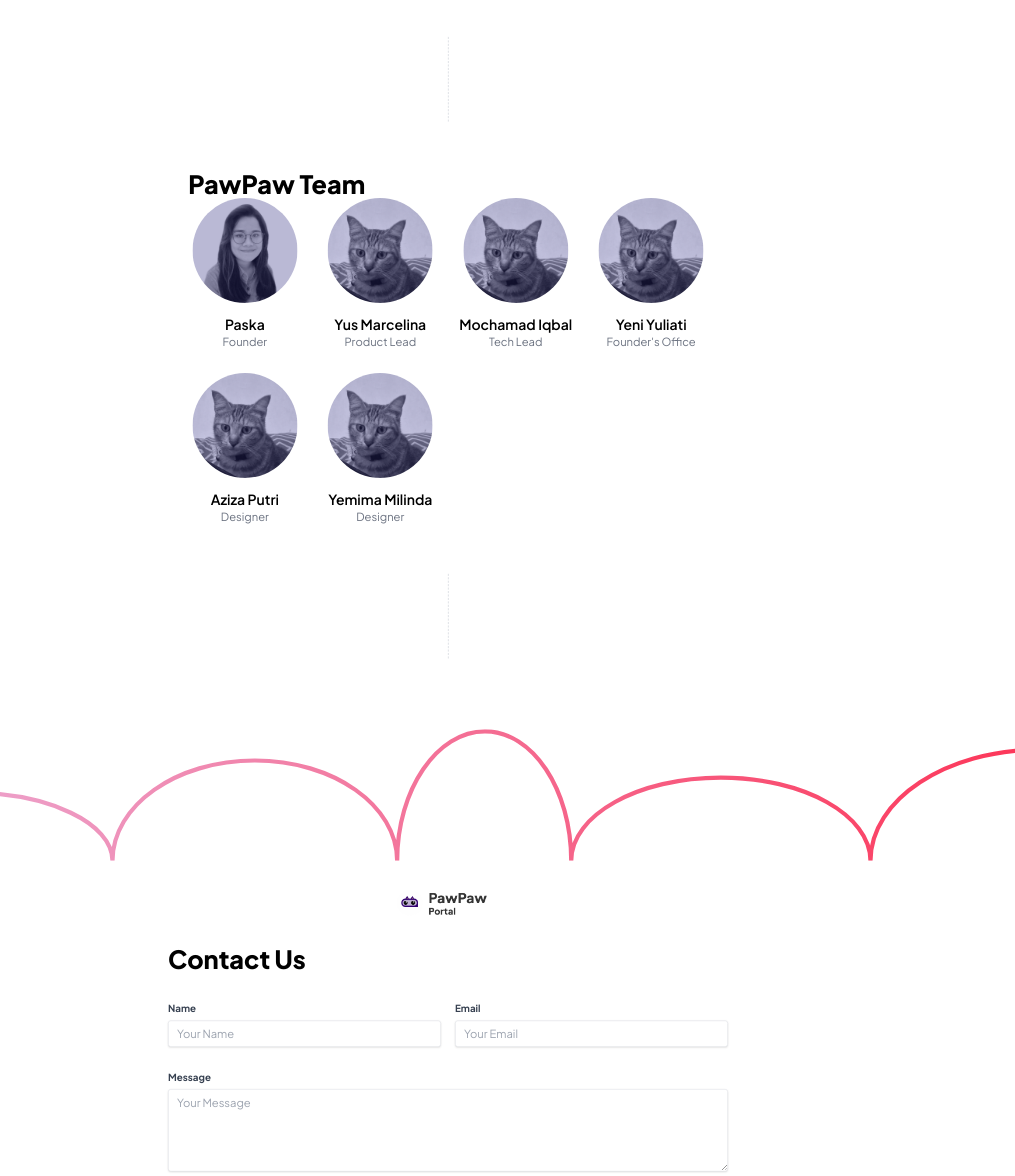
Repository: paskasiregar/pawpawwebsite
Page: /
The author's editor kept a copy of each file at every save. The page is drawn from the files as they stood at one save, then again after the next save.
The browser window is 1280 px wide. The page is 1450 px wide, so the pictures cover 1450 px, including what lies to the right of the window. The pictures show the part of the page from y = 1524 to 3204 px (the page is 3960 px tall before and 3992 px after), at 70% of full size.
The project was rebuilt for these pictures with package versions that can differ from the ones it lists, and the page was loaded fresh each time. The framework's server and built-in components were replaced by stand-ins that run in the browser. Also part of the build but not shown: next.config.js, next.config.mjs.

Above is the page before, as saved 2024-09-06 11:34:55.

### src/app/layout.js
import { Inter } from "next/font/google";
import "./globals.css";

const inter = Inter({ subsets: ["latin"] });

export const metadata = {
  title: "PawPaw Portal | Your One-Stop Shelter",
  description: "Your One-Stop Shelter",
};

export default function RootLayout({ children }) {
  return (
    <html lang="en">
      <meta
        name="google-adsense-account"
        content="ca-pub-4770655134097556"
      ></meta>
      <body className={inter.className}>{children}</body>
    </html>
  );
}

### src/app/page.js
import { Contact } from "@/components/contact";
import { Divider } from "@/components/divider";
import { Footer } from "@/components/footer";
import { Header } from "@/components/header";
import CTA from "@/components/CTA";
import Hero from "@/components/hero";
import PrimaryButton from "@/components/primaryButton";
import SecButton from "@/components/secButton";
import Image from "next/image";
import bannerImage from "../assets/banner.png";
import logoHeaderImage from "../assets/banner-10.png";
import Link from "next/link";
import Head from "next/head";
import piupiu from "../assets/piupiu.png";
import paska from "../assets/paska.png";
import iqbal from "../assets/iqbal.png";

export default async function Home() {
  return (
    <div className="w-full font-plus-jakarta m-auto flex min-h-screen flex-col items-center justify-between">
      <Head>
        <script
          async
          src="https://pagead2.googlesyndication.com/pagead/js/adsbygoogle.js?client=ca-pub-4770655134097556"
          crossorigin="anonymous"
        ></script>
      </Head>
      <section className="w-full">
        <div className="centeredcontainer main-container">
          <Header />
        </div>
        <main className="main-container">
          <Hero />
          <Divider />
          <div className="self-stretch bg-white flex flex-col md:flex-row">
            <div className="flex-1 relative h-48 md:h-[489px] z-[0] flex items-center justify-center">
              <Image
                className="w-[80%] h-auto object-cover"
                alt="banner"
                src={bannerImage}
                width={200}
                height={200}
              />
            </div>

            {/* How it works */}
            <div
              id="how-it-works"
              className="flex-1 flex flex-col items-center md:items-start justify-center gap-4 z-[1] p-4 md:p-8"
            >
              <div className="space-y-4">
                <div className="flex justify-center md:justify-start">
                  <svg
                    width="130"
                    height="77"
                    viewBox="0 0 130 77"
                    fill="none"
                    xmlns="http://www.w3.org/2000/svg"
                  >
                    <path
                      d="M2.04016 48.038C39.1938 19.0059 75.4362 75.5193 75.4362 75.5193C58.6481 44.4597 70.5515 14.7701 105.05 54.8444C105.05 54.8444 88.8644 34.0647 127.885 2.52962"
                      stroke="url(#paint0_linear_545_35744)"
                      strokeWidth="4.42591"
                      strokeMiterlimit="10"
                      strokeLinejoin="bevel"
                    />
                    <defs>
                      <linearGradient
                        id="paint0_linear_545_35744"
                        x1="19.971"
                        y1="73.8863"
                        x2="126.116"
                        y2="-0.218346"
                        gradientUnits="userSpaceOnUse"
                      >
                        <stop offset="0.2868" stopColor="#E9404C" />
                        <stop offset="0.2967" stopColor="#EA475C" />
                        <stop offset="0.3252" stopColor="#EB5B85" />
                        <stop offset="0.3554" stopColor="#EB6CA8" />
                        <stop offset="0.3871" stopColor="#EC79C5" />
                        <stop offset="0.4209" stopColor="#EC84DB" />
                        <stop offset="0.4577" stopColor="#ED8BEB" />
                        <stop offset="0.4998" stopColor="#ED90F4" />
                        <stop offset="0.5589" stopColor="#ED91F7" />
                      </linearGradient>
                    </defs>
                  </svg>
                </div>
                <div className="hidden md:flex items-center justify-center">
                  <Image
                    className="w-36 h-10 object-cover"
                    alt="Logo"
                    src={logoHeaderImage}
                    width={120}
                    height={20}
                  />
                </div>
                <div className="flex flex-col items-center md:items-start">
                  <div className="relative font-extrabold text-2xl md:text-4xl text-center md:text-left">
                    How PawPaw Portal Works
                  </div>
                </div>
                <div className="self-stretch flex flex-col md:flex-row items-center md:items-start justify-start text-lg md:text-xl text-gray-500">
                  <div className="flex-1 flex flex-col items-center md:items-start justify-start">
                    <div className="self-stretch">
                      <p className="m-0 text-center md:text-left">
                        Every video you watch on our app can help animals in
                        need. Fun, isn&apos;t it?
                      </p>
                      <p className="m-2"></p>
                      <p className="m-0 text-center md:text-left">
                        Join us at PawPaw Portal, where animal lovers and
                        shelters meet. Let&apos;s make a difference together!
                      </p>
                    </div>
                  </div>
                </div>
                <div className="flex flex-col md:flex-row gap-2">
                  <PrimaryButton href="https://game.pawpawportal.com">
                    Play Now
                  </PrimaryButton>
                  <Link
                    href="#about-us"
                    className="flex flex-col md:flex-row gap-2"
                  >
                    <SecButton>About Us</SecButton>
                  </Link>
                </div>
              </div>
            </div>
          </div>

          {/* Team */}
          <Divider />
          <div className="self-stretch bg-white flex flex-col md:flex-row">
            <div
              id="team"
              className="flex-1 flex flex-col items-center md:items-center justify-center gap-4 z-[1] p-4 md:p-8"
            >
              <div className="space-y-4">
                <div className="flex flex-col items-center md:items-start">
                  <div className="relative font-extrabold text-2xl md:text-4xl text-center">
                    PawPaw Team
                  </div>
                  <div className="grid grid-cols-1 md:grid-cols-2 lg:grid-cols-4 gap-6 md:gap-8">
                    {/* Paska */}
                    <div className="flex flex-col items-center">
                      <Image
                        className="rounded-full"
                        alt="Paska"
                        src={paska}
                        width={150}
                        height={150}
                      />
                      <div className="text-xl font-semibold mt-4">Paska</div>
                      <div className="text-gray-500">Founder</div>
                    </div>

                    {/* Kak Yus */}
                    <div className="flex flex-col items-center">
                      <Image
                        className="rounded-full"
                        alt="Yus"
                        src={piupiu}
                        width={150}
                        height={150}
                      />
                      <div className="text-xl font-semibold mt-4">
                        Yus Marcelina
                      </div>
                      <div className="text-gray-500">Product Lead</div>
                    </div>

                    {/* Mas Iqbal */}
                    <div className="flex flex-col items-center">
                      <Image
                        className="rounded-full"
                        alt="Iqbal"
                        src={piupiu}
                        width={150}
                        height={150}
                      />
                      <div className="text-xl font-semibold mt-4">
                        Mochamad Iqbal
                      </div>
                      <div className="text-gray-500">Tech Lead</div>
                    </div>

                    {/* Julie */}
                    <div className="flex flex-col items-center">
                      <Image
                        className="rounded-full"
                        alt="Yeni Yuliati"
                        src={piupiu}
                        width={150}
                        height={150}
                      />
                      <div className="text-xl font-semibold mt-4">
                        Yeni Yuliati
                      </div>
                      <div className="text-gray-500">Founder's Office</div>
                    </div>

                    {/* Aziza */}
                    <div className="flex flex-col items-center">
                      <Image
                        className="rounded-full"
                        alt="Aziza Putri"
                        src={piupiu}
                        width={150}
                        height={150}
                      />
                      <div className="text-xl font-semibold mt-4">
                        Aziza Putri
                      </div>
                      <div className="text-gray-500">Designer</div>
                    </div>

                    {/* Yemima */}
                    <div className="flex flex-col items-center">
                      <Image
                        className="rounded-full"
                        alt="Yemima Milinda"
                        src={piupiu}
                        width={150}
                        height={150}
                      />
                      <div className="text-xl font-semibold mt-4">
                        Yemima Milinda
                      </div>
                      <div className="text-gray-500">Designer</div>
                    </div>
                  </div>
                </div>
              </div>
            </div>
          </div>

          <Divider />
          <Contact />
        </main>
        <div className="w-full">
          <div>
            <CTA />
          </div>
          <div id="about-us">
            <Footer />
          </div>
        </div>
      </section>
    </div>
  );
}

### src/app/globals.css
@import url("https://fonts.googleapis.com/css2?family=Plus+Jakarta+Sans:wght@400;600;700;800&display=swap");

@tailwind base;
@tailwind components;
@tailwind utilities;

body {
  font-family: "Plus Jakarta Sans", sans-serif;
}

p,
ul {
  color: gray;
  margin-bottom: 2px;
}

section {
  margin-bottom: 8px;
}

.hero-bg {
  display: flex;
  background: radial-gradient(circle,
      rgb(204, 188, 230) 10%,
      rgb(255, 255, 255) 50%);
}

.cta-container {
  display: flex;
  justify-content: center;
  align-items: center;
  position: relative;
  background: radial-gradient(circle, rgb(14, 4, 4) 0%, rgb(14, 1, 51) 100%);
  padding: 20px;
  gap: 20px;
  min-height: 200px;
}

.cta-button {
  display: inline-block;
  padding: 20px 40px;
  font-size: 24px;
  font-weight: bold;
  color: white;
  background: black;
  border-radius: 40px;
  position: relative;
  z-index: 1;
  overflow: hidden;
  transition: all 0.3s ease;
  text-align: center;
}

.cta-button::before {
  content: "";
  position: absolute;
  top: -2px;
  left: -2px;
  right: -2px;
  bottom: -2px;
  background: linear-gradient(90deg,
      rgb(255, 244, 97) 0%,
      rgb(187, 61, 255) 50%,
      rgb(142, 23, 23) 100%);
  z-index: -1;
  border-radius: inherit;
}

.cta-button::after {
  content: "";
  position: absolute;
  top: 2px;
  left: 2px;
  right: 2px;
  bottom: 2px;
  background: black;
  z-index: -1;
  border-radius: inherit;
}

.cta-button:hover {
  color: rgb(237, 246, 133);
  background: white;
}

.footer-bg {
  background: radial-gradient(circle, rgb(14, 4, 4) 0%, rgb(14, 1, 51) 100%);
  color: white;
  text-align: center;
  padding: 20px;
}

.centeredcontainer {
  width: 100vw;
  height: auto;
}

.main-container {
  width: 100%;
  max-width: 1200px;
  margin: 0 auto;
  padding: 0;
}

.header-content {
  display: flex;
  flex-direction: row;
  align-items: center;
  justify-content: space-between;
}

.header-logo-button {
  display: flex;
  flex-direction: row;
  align-items: center;
  gap: 16px;
  /* Adjust spacing as needed */
}

html {
  scroll-behavior: smooth;
}

### src/components/contact.jsx
import React from "react";
import PrimaryButton from "@/components/primaryButton";
import NameInput from "./nameInput";
import EmailInput from "./emailInput";
import MessageInput from "./mesageInput";
import Image from "next/image";
import logoHeaderImage from "../assets/banner-10.png";

export const Contact = () => {
  return (
    <div className="font-plus-jakarta flex flex-col items-center justify-center py-16 px-4 md:px-[200px] gap-[40px] text-29xl">
      <div className="flex justify-start items-start">
        <svg
          width="1620"
          height="188"
          viewBox="0 0 1620 188"
          fill="none"
          xmlns="http://www.w3.org/2000/svg"
        >
          <path
            d="M1891 188C1891 100.375 1784.67 29.342 1653.5 29.342C1522.34 29.342 1413.53 100.375 1413.53 188C1413.53 122.37 1317.84 69.158 1199.78 69.158C1081.72 69.158 986.029 122.362 986.029 188C986.029 85.8274 930.825 3 862.735 3C794.645 3 737.369 85.8274 737.369 188C737.369 108.853 646.33 44.6865 534.029 44.6865C421.728 44.6865 330.689 108.853 330.689 188C330.689 134.381 239.649 90.9105 127.349 90.9105C15.0481 90.9105 -76 134.381 -76 188"
            stroke="url(#paint0_linear_545_35799)"
            strokeWidth="6"
            strokeMiterlimit="10"
            strokeLinejoin="bevel"
          />
          <defs>
            <linearGradient
              id="paint0_linear_545_35799"
              x1="-84.5283"
              y1="91.1699"
              x2="1899.52"
              y2="91.1699"
              gradientUnits="userSpaceOnUse"
            >
              <stop offset="0.0224" stopColor="#EBADD7" />
              <stop offset="1" stopColor="#FF2445" />
            </linearGradient>
          </defs>
        </svg>
      </div>
      <Image
        className="w-36 h-10 object-cover"
        alt="Logo"
        src={logoHeaderImage}
        width={120}
        height={20}
      />
      <div className="text-4xl font-extrabold w-full">Contact Us</div>
      <form
        action="https://forms.office.com/Pages/ResponsePage.aspx?id=FYBQO9x7eUe5JQ3XgE-7JgfHRnXS951Jum6QCf1rDZlUOTFYM1gyVUNMUzAyRTlFRVlHNUo5UVVRSy4u"
        method="post"
        target="_blank"
        className="w-full"
      >
        <div className="w-full flex flex-col items-start gap-[16px] text-base text-light-l800 font-regular-reg-2">
          <div className="w-full flex flex-col md:flex-row gap-[20px]">
            <div className="w-full md:w-1/2">
              <label
                htmlFor="name"
                className="w-full block text-sm font-medium text-gray-700"
              ></label>
              <NameInput className="w-full" id="name" name="name" required />
            </div>
            <div className="w-full md:w-1/2">
              <label
                htmlFor="email"
                className="block text-sm font-medium text-gray-700"
              ></label>
              <EmailInput className="w-full" id="email" name="email" required />
            </div>
          </div>
          <div className="w-full">
            <label
              htmlFor="message"
              className="block text-sm font-medium text-gray-700"
            ></label>
            <MessageInput
              className="w-full"
              id="message"
              name="message"
              required
            />
          </div>
        </div>
        <div className="mt-4">
          <PrimaryButton type="submit">Send Now</PrimaryButton>
        </div>
      </form>
    </div>
  );
};

export default Contact;

### src/components/divider.jsx
export const Divider = () => {
  return (
    <div className="self-stretch h-[195px] flex flex-row items-center justify-center py-16 px-[130px] box-border">
      <div className="w-px relative box-border h-[121px] border-r-[1px] border-dashed border-gray-300" />
    </div>
  );
};

### src/components/header.jsx
import Link from "next/link";
import PrimaryButton from "@/components/primaryButton";
import React from "react";
import Image from "next/image";
import logoHeaderImage from "../assets/banner-10.png";

export const Header = () => {
  return (
    <div className="font-plus-jakarta w-full flex flex-col items-center justify-center text-left text-gray-500">
      <div className="self-stretch bg-white flex flex-col items-center justify-center text-sm">
        <div className="w-full header-content p-2.5 box-border">
          <Link href="/">
            {" "}
            {/* Homepage */}
            <Image
              className="w-36 h-10 object-cover"
              alt="Logo"
              src={logoHeaderImage}
              width={120}
              height={20}
            />
          </Link>
          <div className="hidden md:flex flex-row items-center justify-center gap-8">
            <div>
              <Link href="#how-it-works">How It Works</Link>
            </div>
            <div>
              <Link href="#about-us">About Us</Link>
            </div>
            <div>
              <Link href="/privacy">Privacy Policy</Link>
            </div>
          </div>
          <div className="header-logo-button">
            <PrimaryButton href="https://game.pawpawportal.com">
              Be Our Hero Today!
            </PrimaryButton>
          </div>
        </div>
      </div>
    </div>
  );
};

export default Header;

### src/components/CTA.jsx
import React from "react";
import Link from "next/link";

const CTA = () => {
  return (
    <div className="cta-container font-plus-jakarta p-4 md:p-8 flex flex-col md:flex-row items-center justify-center">
      <svg
        className="cta-decoration mb-4 md:mb-0 md:mr-4"
        width="48"
        height="46"
        viewBox="0 0 48 46"
        fill="none"
        xmlns="http://www.w3.org/2000/svg"
      >
        <path
          d="M2 46C2 27.296 29.551 30.0086 36.5736 34.5625C36.5736 34.5625 14.4611 2 47.5714 2"
          stroke="url(#cta_gradient)"
          strokeWidth="3.92857"
          strokeMiterlimit="10"
          strokeLinejoin="bevel"
        />
        <defs>
          <linearGradient
            id="cta_gradient"
            x1="37.3571"
            y1="2"
            x2="7.5"
            y2="46"
            gradientUnits="userSpaceOnUse"
          >
            <stop stopColor="#FF2445" />
            <stop offset="1" stopColor="#F5AB0E" />
          </linearGradient>
        </defs>
      </svg>
      <Link href="https://game.pawpawportal.com">
        <div className="cta-button text-center bg-gradient-to-r from-orange-500 to-pink-500 text-white font-bold py-2 px-4 rounded-lg shadow-lg cursor-pointer">
          Play Our Game Now
        </div>
      </Link>
    </div>
  );
};

export default CTA;

### src/components/primaryButton.jsx
import React from "react";

const PrimaryButton = ({ children, onClick }) => {
  return (
    <button
      className="self-stretch bg-inherit-320071 hover:bg-blue-700 text-white font-bold px-4 py-3 rounded-lg"
      onClick={onClick}
    >
      {children}
    </button>
  );
};

export default PrimaryButton;

### src/components/secButton.jsx
import React from "react";

const SecButton = ({ children, onClick }) => {
  return (
    <button
      className="bg-white border border-inherit-320071 text-inherit-320071 font-bold py-2 px-4 rounded-lg"
      onClick={onClick}
    >
      {children}
    </button>
  );
};

export default SecButton;

### src/components/nameInput.jsx
import React from "react";

const NameInput = ({ value, onChange }) => {
  return (
    <div className="mb-4">
      <label
        className="block text-gray-700 text-sm font-bold mb-2"
        htmlFor="name"
      >
        Name
      </label>
      <input
        id="name"
        type="text"
        value={value}
        onChange={onChange}
        className="shadow appearance-none border rounded w-full py-2 px-3 text-gray-700 leading-tight focus:outline-none focus:shadow-outline"
        placeholder="Your Name"
      />
    </div>
  );
};

export default NameInput;

### src/components/emailInput.jsx
import React from "react";

const EmailInput = ({ value, onChange }) => {
  return (
    <div className="mb-4">
      <label
        className="block text-gray-700 text-sm font-bold mb-2"
        htmlFor="email"
      >
        Email
      </label>
      <input
        id="email"
        type="email"
        value={value}
        onChange={onChange}
        className="shadow appearance-none border rounded w-full py-2 px-3 text-gray-700 leading-tight focus:outline-none focus:shadow-outline"
        placeholder="Your Email"
      />
    </div>
  );
};

export default EmailInput;

### src/components/mesageInput.jsx
import React from "react";

const MessageInput = ({ value, onChange }) => {
  return (
    <div className="mb-4">
      <label
        className="block text-gray-700 text-sm font-bold mb-2"
        htmlFor="message"
      >
        Message
      </label>
      <textarea
        id="message"
        value={value}
        onChange={onChange}
        className="shadow appearance-none border rounded w-full py-2 px-3 text-gray-700 leading-tight focus:outline-none focus:shadow-outline"
        placeholder="Your Message"
        rows="5"
      />
    </div>
  );
};

export default MessageInput;

Loaded but not shown: tailwind.config.js (24 lines, source omitted); src/components/hero.jsx (211 lines, source omitted); src/components/footer.jsx (175 lines, source omitted)

After the next save:
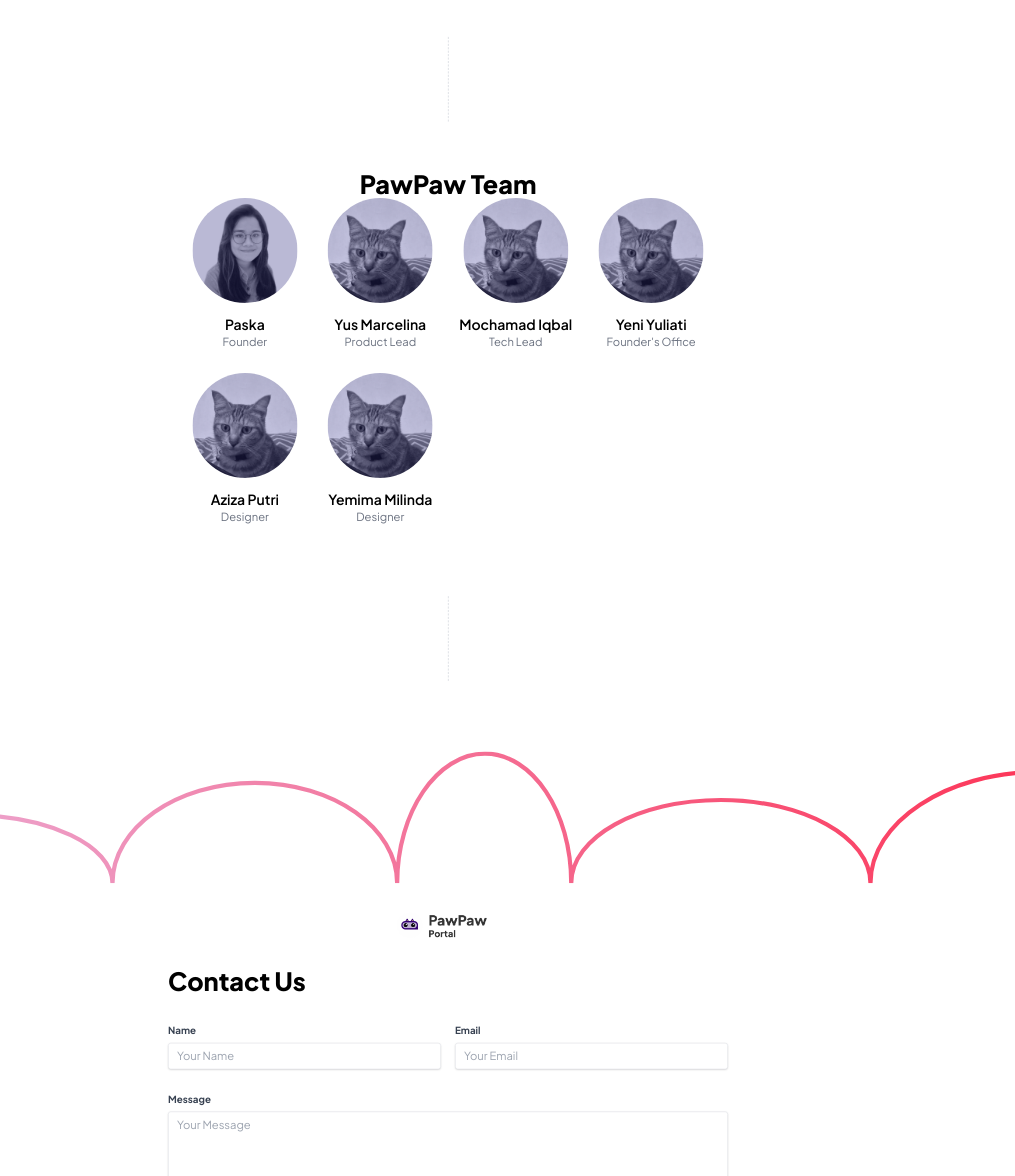
Saved 19 s later.
--- a/src/app/page.js
+++ b/src/app/page.js
@@ -138,7 +138,7 @@ export default async function Home() {
               className="flex-1 flex flex-col items-center md:items-center justify-center gap-4 z-[1] p-4 md:p-8"
             >
               <div className="space-y-4">
-                <div className="flex flex-col items-center md:items-start">
+                <div className="flex flex-col items-center md:items-center mb-8">
                   <div className="relative font-extrabold text-2xl md:text-4xl text-center">
                     PawPaw Team
                   </div>
